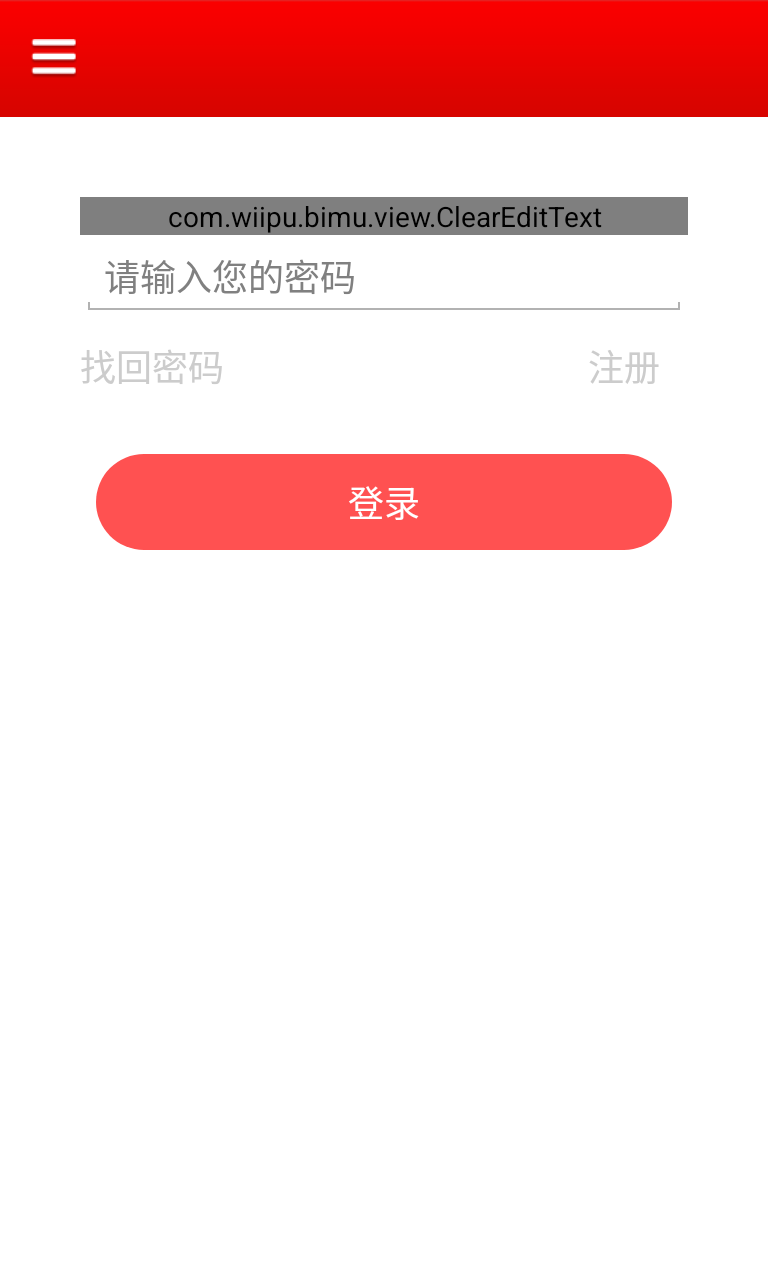
Repository: liuke0002/Projects
Layout: 智慧西电/SmartXD/res/layout/activity_login.xml
The author's editor kept a copy of each file at every save. The layout is drawn from the files as they stood at one save, then again after the next save.
Pictures or frames that could not be fetched are drawn as grey boxes. It is drawn on a 768 x 1280 px phone screen (xhdpi) without system bars, with theme AppTheme; the app's code is not run. The app's manifest (not shown) leaves right-to-left support off. So textAlignment, textDirection and layoutDirection are ignored, and left and right values win over start and end ones.

Above is the layout before, as saved 2016-04-27 04:53:37.

### 智慧西电/SmartXD/res/layout/activity_login.xml
<?xml version="1.0" encoding="utf-8"?>
<LinearLayout xmlns:android="http://schemas.android.com/apk/res/android"
    xmlns:tools="http://schemas.android.com/tools"
    android:layout_width="match_parent"
    android:layout_height="match_parent"
    android:orientation="vertical" >

    <RelativeLayout
        android:id="@+id/rl"
        android:layout_width="wrap_content"
        android:layout_height="wrap_content"
        android:background="@drawable/title_red_bg" >

        <ImageButton
            android:id="@+id/ib_menu"
            android:layout_width="wrap_content"
            android:layout_height="wrap_content"
            android:layout_centerVertical="true"
            android:layout_marginLeft="10dp"
            android:background="@null"
            android:padding="5dp"
            android:src="@drawable/img_menu" />

        <TextView
            android:id="@+id/tv_title"
            android:layout_width="wrap_content"
            android:layout_height="wrap_content"
            android:layout_centerInParent="true"
            android:textColor="@android:color/white"
            android:textSize="20sp" />

        <ImageButton
            android:id="@+id/ib_photo"
            android:layout_width="wrap_content"
            android:layout_height="wrap_content"
            android:layout_alignParentRight="true"
            android:layout_centerVertical="true"
            android:layout_marginRight="5dp"
            android:background="@null"
            android:padding="10dp"
            android:src="@drawable/icon_pic_grid_type"
            android:visibility="gone" />
    </RelativeLayout>

    <LinearLayout
        android:layout_width="match_parent"
        android:layout_height="wrap_content"
        android:orientation="vertical"
        android:padding="40dp" >

        <com.wiipu.bimu.view.ClearEditText
            android:id="@+id/login_et_phone_num"
            android:layout_width="match_parent"
            android:layout_height="wrap_content"
            android:hint="请输入电话号码"
            android:inputType="phone"
            android:maxLength="11"
            android:singleLine="true" />

        <EditText
            android:id="@+id/login_et_pwd"
            android:layout_width="match_parent"
            android:layout_height="wrap_content"
            android:hint="请输入您的密码"
            android:inputType="textPassword"
            android:singleLine="true" />

        <RelativeLayout
            android:layout_width="match_parent"
            android:layout_height="wrap_content"
            android:orientation="horizontal" >

            <Button
                android:id="@+id/login_btn_find_pwd"
                android:layout_width="wrap_content"
                android:layout_height="wrap_content"
                android:background="@null"
                android:onClick="onClick"
                android:text="找回密码"
                android:textColor="#ccc" />

            <Button
                android:id="@+id/login_btn_register"
                android:layout_width="wrap_content"
                android:layout_height="wrap_content"
                android:layout_alignParentEnd="true"
                android:layout_alignParentRight="true"
                android:layout_alignParentTop="true"
                android:layout_gravity="right"
                android:background="@null"
                android:onClick="onClick"
                android:text="注册"
                android:textColor="#ccc" />
        </RelativeLayout>

        <Button
            android:id="@+id/login_btn_login"
            android:layout_width="match_parent"
            android:layout_height="wrap_content"
            android:layout_gravity="center_horizontal"
            android:layout_marginLeft="8dp"
            android:layout_marginRight="8dp"
            android:layout_marginTop="20dp"
            android:background="@drawable/shape_btn_rounded_rectangle_big_corner_red"
            android:onClick="onClick"
            android:text="登录"
            android:textColor="#ffffff" />
    </LinearLayout>

</LinearLayout>

### 智慧西电/SmartXD/res/values/styles.xml
<resources xmlns:android="http://schemas.android.com/apk/res/android">

    <!--
        Base application theme, dependent on API level. This theme is replaced
        by AppBaseTheme from res/values-vXX/styles.xml on newer devices.


    -->
    <style name="AppBaseTheme" parent="android:Theme.Light">
        <!--
            Theme customizations available in newer API levels can go in
            res/values-vXX/styles.xml, while customizations related to
            backward-compatibility can go here.


        -->
    </style>

    <!-- Application theme. -->
    <style name="AppTheme" parent="AppBaseTheme">
        <!-- All customizations that are NOT specific to a particular API-level can go here. -->
    </style>

    <style name="bottomTabStyle">
        <item name="android:layout_width">wrap_content</item>
        <item name="android:layout_height">wrap_content</item>
        <item name="android:button">@null</item>
        <item name="android:padding">5dp</item>
        <item name="android:layout_weight">1</item>
        <item name="android:textColor">@drawable/selector_text_bottom_tab</item>
        <item name="android:drawablePadding">3dp</item>
        <item name="android:gravity">center</item>
    </style>

    <style name="ViewStyle">
        <item name="android:layout_width">match_parent</item>
        <item name="android:layout_height">wrap_content</item>
        <item name="android:layout_weight">1</item>
        <item name="android:gravity">center</item>
    </style>

    <style name="TextViewStyle" parent="ViewStyle">
        <item name="android:textSize">12sp</item>
        <item name="android:textColor">@color/text_color</item>
    </style>

</resources>

### 智慧西电/SmartXD/res/drawable/shape_btn_rounded_rectangle_big_corner_red.xml
<?xml version="1.0" encoding="utf-8"?>
<shape xmlns:android="http://schemas.android.com/apk/res/android"
    android:shape="rectangle">
    <solid android:color="#ff5151"/>

    <corners android:radius="40dp"/>

</shape>

Loaded but not shown: 智慧西电/SmartXD/res/values-v11/styles.xml (common file); 智慧西电/SmartXD/res/values-v14/styles.xml (common file)

After the next save:
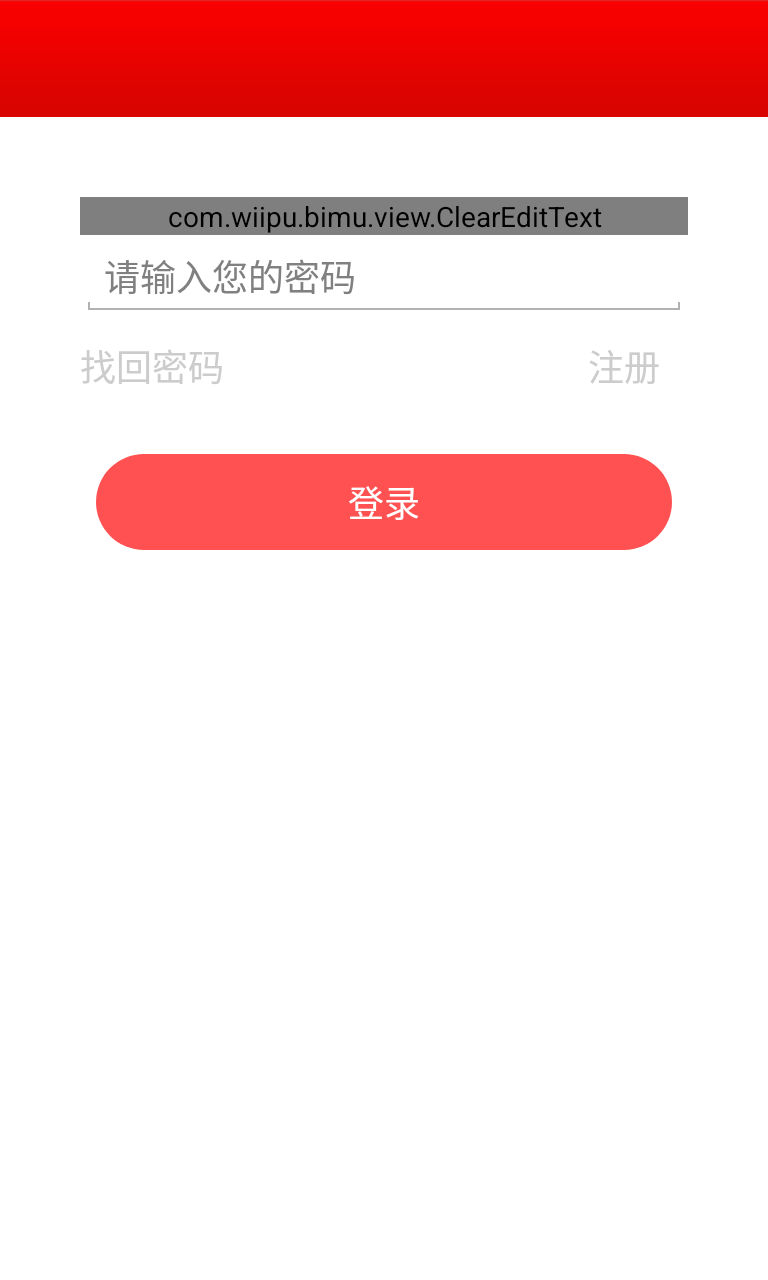
Saved 17 s later.
--- a/智慧西电/SmartXD/res/layout/activity_login.xml
+++ b/智慧西电/SmartXD/res/layout/activity_login.xml
@@ -19,6 +19,7 @@
             android:layout_marginLeft="10dp"
             android:background="@null"
             android:padding="5dp"
+            android:visibility="invisible"
             android:src="@drawable/img_menu" />
 
         <TextView
